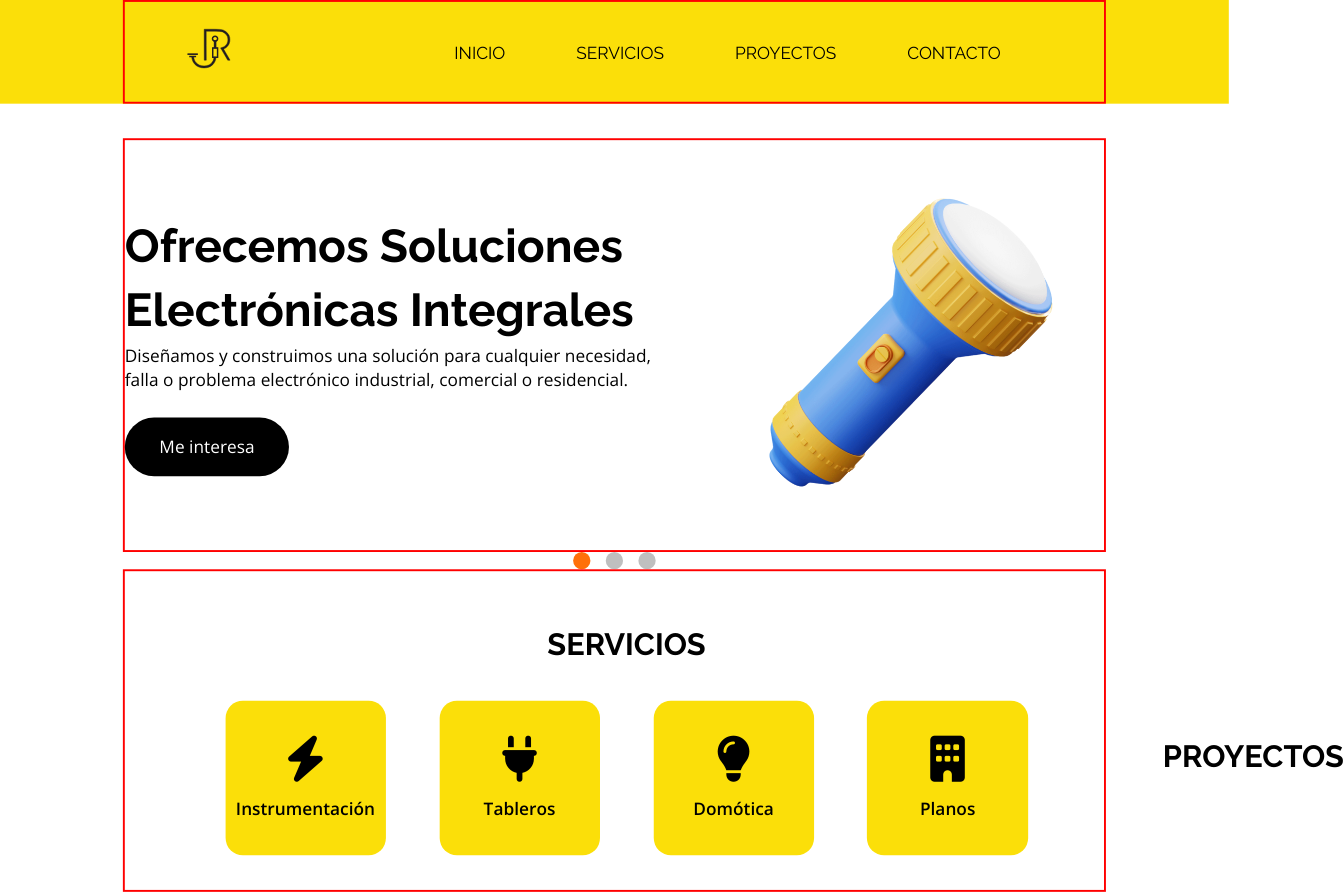
Repository: jeraldinnemg/rjelectronics
Page: index.html
An editor plug-in stored every save of this project. The page is shown before and after the next save, followed by the edit.
The browser window is 1280 px wide. The page is 1400 px wide, then 1376 px, so the pictures cover 1400 px, including what lies to the right of the window. The pictures show the whole page, at 96% of full size.
Some web libraries are served in a nearby version.

Above is the page before, as saved 2022-08-03 21:09:48.

After the next save:
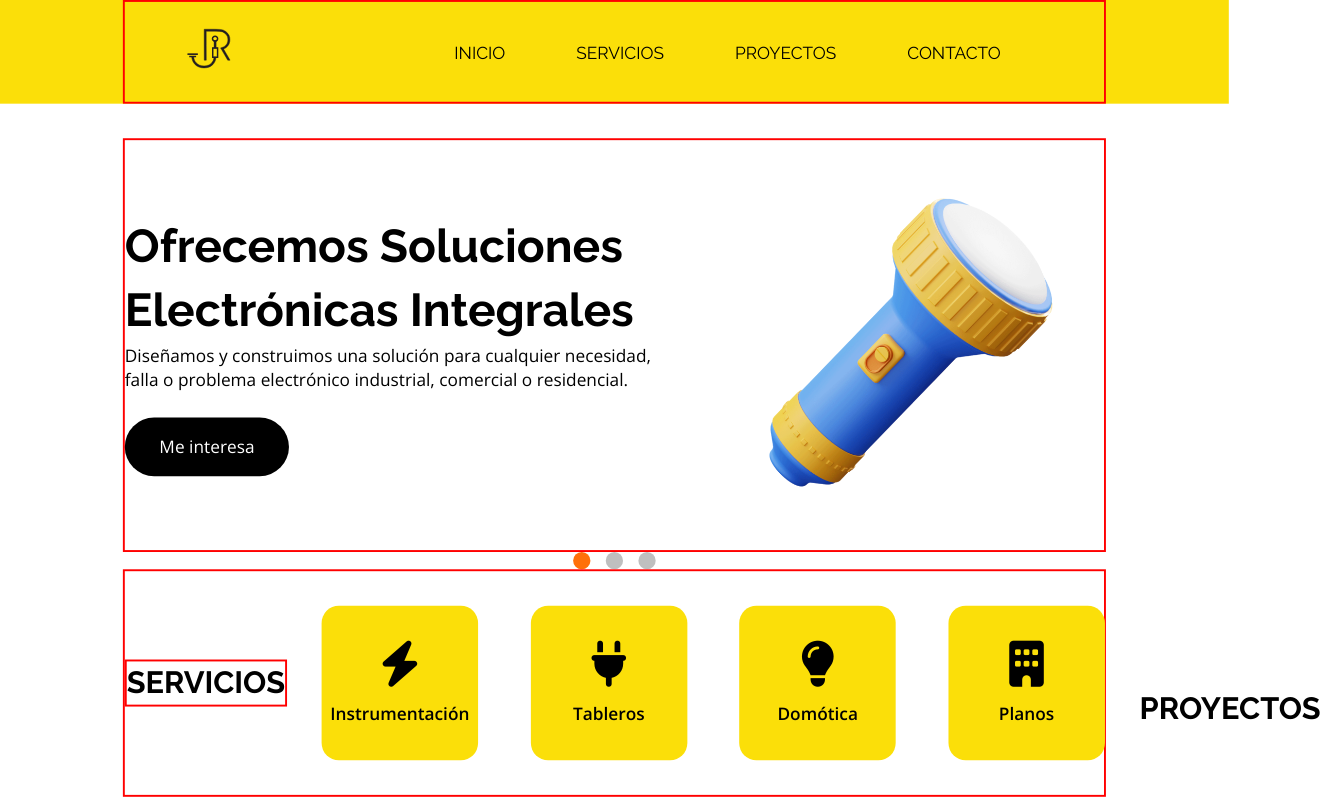
Saved 26 s later.
--- a/index.html
+++ b/index.html
@@ -83,8 +83,7 @@
         </div>
     </section>
     <main class="container row" style="border: 2px solid red">
-        <section class="services" id="services">
-            <h2 class="ff-serif fs-600 uppercase">Servicios</h2>
+            <h2 class="ff-serif fs-600 uppercase" style="border: 2px solid red">Servicios</h2>
             <div class="container row">
                 <article class="card flex">
                     <i class="fa-solid fa-bolt fs-700"></i>
